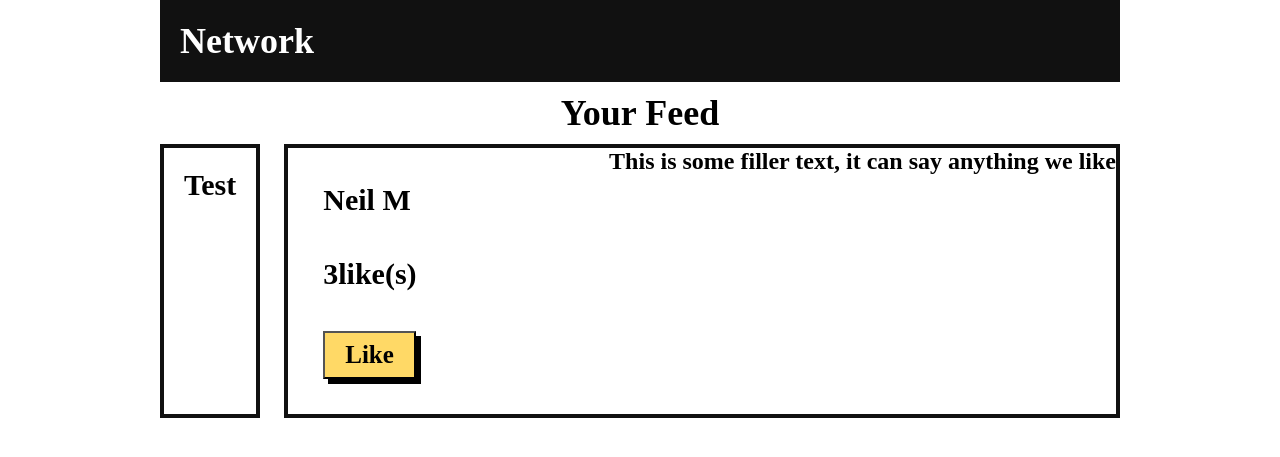
Repository: Blender20/liking_likes
Page: index.html
The author's editor kept a copy of each file at every save. The page is drawn from the files as they stood at one save, then again after a run of saves.
The browser window is 1280 px wide. The pictures show the whole page.
Some web fonts or font styles are not loaded; a fallback is used.

Above is the page before, as saved 2022-03-29 23:11:01.

After the next 2 saves:
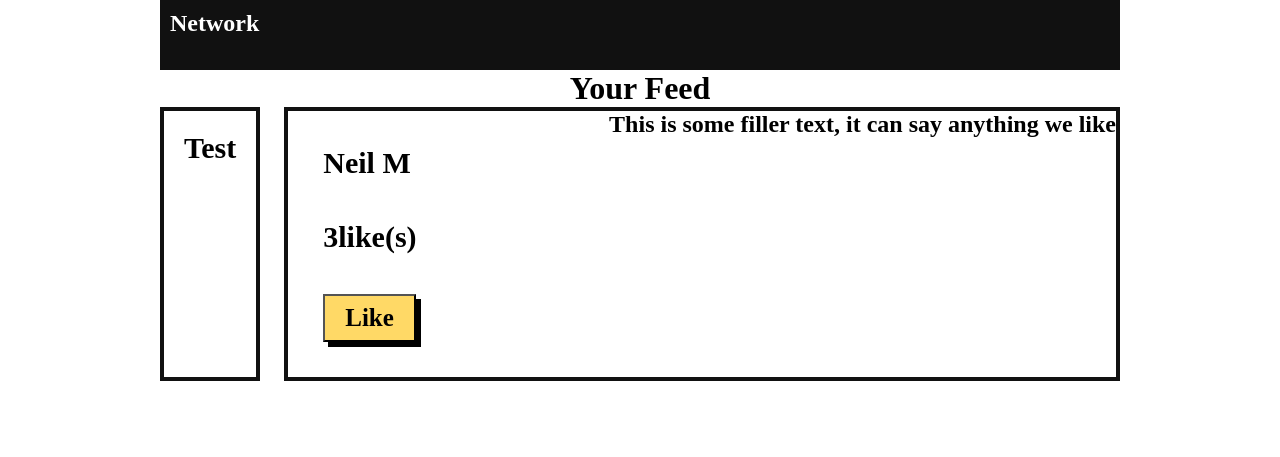
The 2 saves are shown as one change because they came seconds apart.
The last was saved 29 s later.
--- a/style.css
+++ b/style.css
@@ -53,6 +53,7 @@
   flex: 2;
   justify-self: space-between;
 }
+.rightBottom
 
 h1 {
 

After the save that followed:
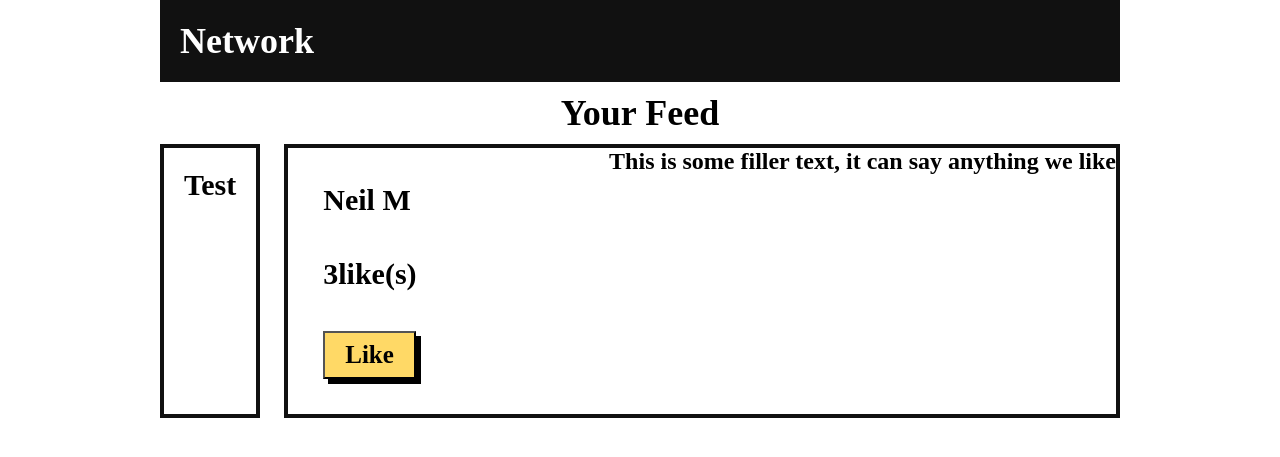
Saved 5 s later.
--- a/style.css
+++ b/style.css
@@ -53,7 +53,9 @@
   flex: 2;
   justify-self: space-between;
 }
-.rightBottom
+.rightBottom {
+  disp
+}
 
 h1 {
 
